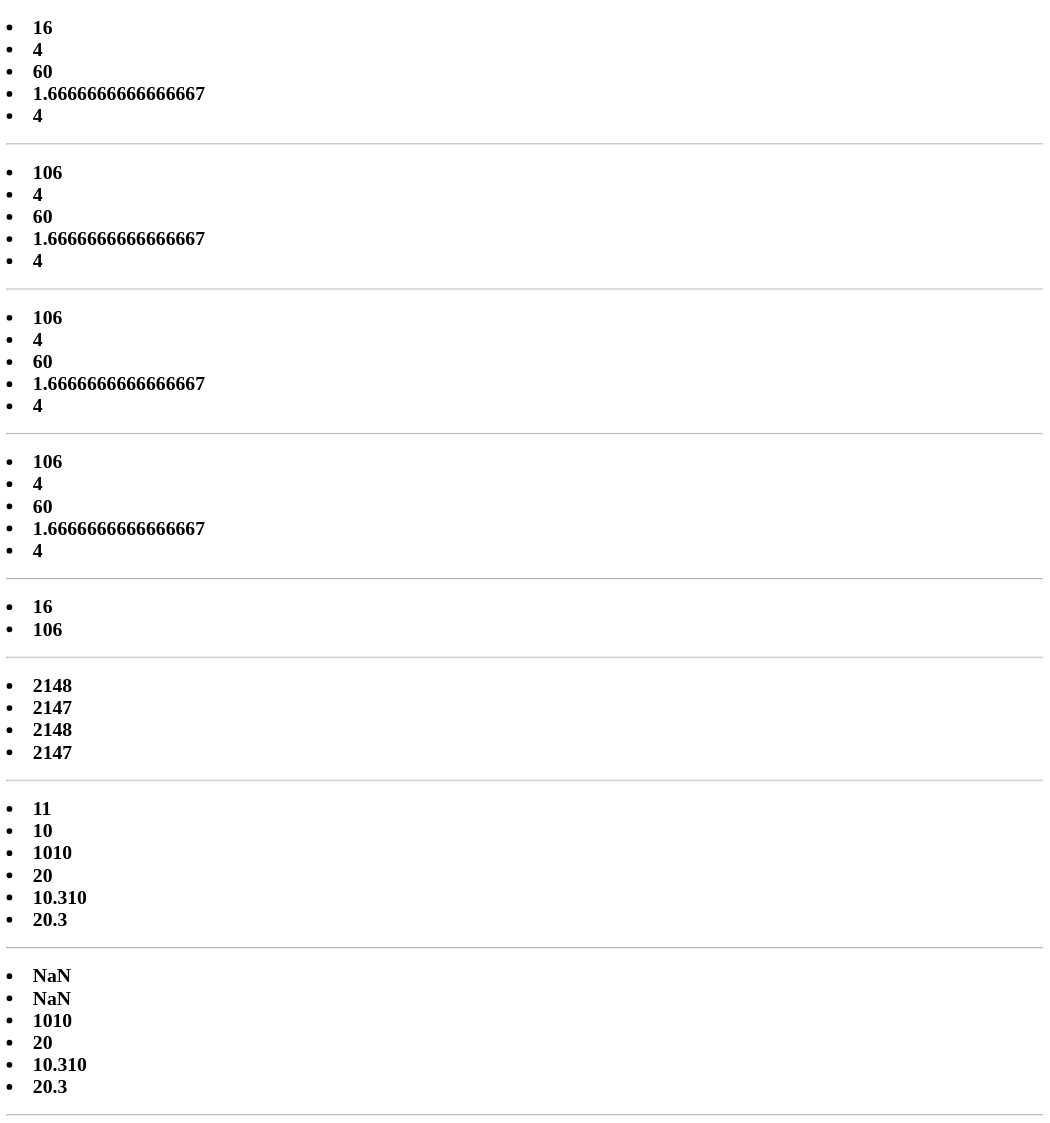
Repository: ady0099/webstudy
Page: 03_javascript/src/main/webapp/day03/ex01_number.html
These files come from the project's save history. The page is drawn as it stood at one moment and after the next save; the edit follows.
The browser window is 1280 px wide. The pictures show the whole page, at 82% of full size.

Above is the page before, as saved 2023-06-29 01:48:06.

### 03_javascript/src/main/webapp/day03/ex01_number.html
<!DOCTYPE html>
<html>
	<head>
		<meta charset="UTF-8">
		<title>Number 클래스</title>
		<script type="text/javascript">
			var s1 = 10;
			var s2 = 6;
			document.write("<h2>");
			document.write("<li>"+(s1+s2)+"</li>");
			document.write("<li>"+(s1-s2)+"</li>");
			document.write("<li>"+(s1*s2)+"</li>");
			document.write("<li>"+(s1/s2)+"</li>");
			document.write("<li>"+(s1%s2)+"</li>");
			document.write("</h2>");
			document.write("<hr>");

			var s1 = "10";
			var s2 = "6";
			document.write("<h2>");
			document.write("<li>"+(s1+s2)+"</li>"); // 계산X, 문자열 결합
			document.write("<li>"+(s1-s2)+"</li>"); // 이하 계산가능
			document.write("<li>"+(s1*s2)+"</li>");
			document.write("<li>"+(s1/s2)+"</li>");
			document.write("<li>"+(s1%s2)+"</li>");
			document.write("</h2>");
			document.write("<hr>");

			var s1 = 10;
			var s2 = "6";
			document.write("<h2>");
			document.write("<li>"+(s1+s2)+"</li>"); // 계산X, 문자열 결합
			document.write("<li>"+(s1-s2)+"</li>"); // 이하 계산가능
			document.write("<li>"+(s1*s2)+"</li>");
			document.write("<li>"+(s1/s2)+"</li>");
			document.write("<li>"+(s1%s2)+"</li>");
			document.write("</h2>");
			document.write("<hr>");

			var s1 = "10";
			var s2 = 6;
			document.write("<h2>");
			document.write("<li>"+(s1+s2)+"</li>"); // 계산X, 문자열 결합
			document.write("<li>"+(s1-s2)+"</li>"); // 이하 계산가능
			document.write("<li>"+(s1*s2)+"</li>");
			document.write("<li>"+(s1/s2)+"</li>");
			document.write("<li>"+(s1%s2)+"</li>");
			document.write("</h2>");
			document.write("<hr>");

			// 숫자를 문자열로 변경 toString()
			s1 = 10;
			s2 = 6;
			document.write("<h2>");
			document.write("<li>" +(s1+s2)+"</li>");
			document.write("<li>" +(s1.toString()+s2)+"</li>");
			document.write("</h2>");
			document.write("<hr>");

			// toFixed(자릿수) : 지정된 소숫점 이하 자릿수 작성(반올림), 음수는 사용 못함
			document.write("<h2>");
			s1 = 2147.656;
			s2 = 2147.444

			document.write("<li>"+s1.toFixed(0)+"</li>"); // 2148
			document.write("<li>"+s2.toFixed(0)+"</li>"); // 2147

			document.write("<li>"+s1.toFixed(0)+"</li>"); // 2147.7
			document.write("<li>"+s2.toFixed(0)+"</li>"); // 2147.4


			document.write("</h2>");
			document.write("<hr>");


			// 문자열을 숫자로 변환 : Number, parseInt, parseFloat
			// Non(Not a Number) : 숫자가 들어갈 자리에 숫자가 아닌 다른 값이 들어오면 표시되는 예약어
			// isNaN : NaN을 확인하는 함수(Nan이면 true, 아니면 false);
			document.write("<h2>");
			document.write("<li>"+(Number(true)+10)+"</li>"); 	// 11
			document.write("<li>"+(Number(false)+10)+"</li>"); 	// 10
			document.write("<li>"+("10"+10)+"</li>"); 			// 1010
			document.write("<li>"+(Number("10")+10)+"</li>"); 	// 20
			document.write("<li>"+("10.3"+10)+"</li>"); 		// 10.310
			document.write("<li>"+(Number("10.3")+10)+"</li>"); // 20.3
			document.write("</h2>");
			document.write("<hr>");

			document.write("<h2>");
			document.write("<li>"+(Number("10,003")+10)+"</li>"); 	// NaN
			document.write("<li>"+(Number("10A")+10)+"</li>"); 		// NaN
			document.write("<li>"+("10"+10)+"</li>"); 				// 1010
			document.write("<li>"+(Number("10")+10)+"</li>"); 		// 20
			document.write("<li>"+("10.3"+10)+"</li>"); 			// 10.310
			document.write("<li>"+(Number("10.3")+10)+"</li>"); 	// 20.3
			document.write("</h2>");
			document.write("<hr>");


		</script>
	</head>
	<body>

	</body>
</html>

After the next save:
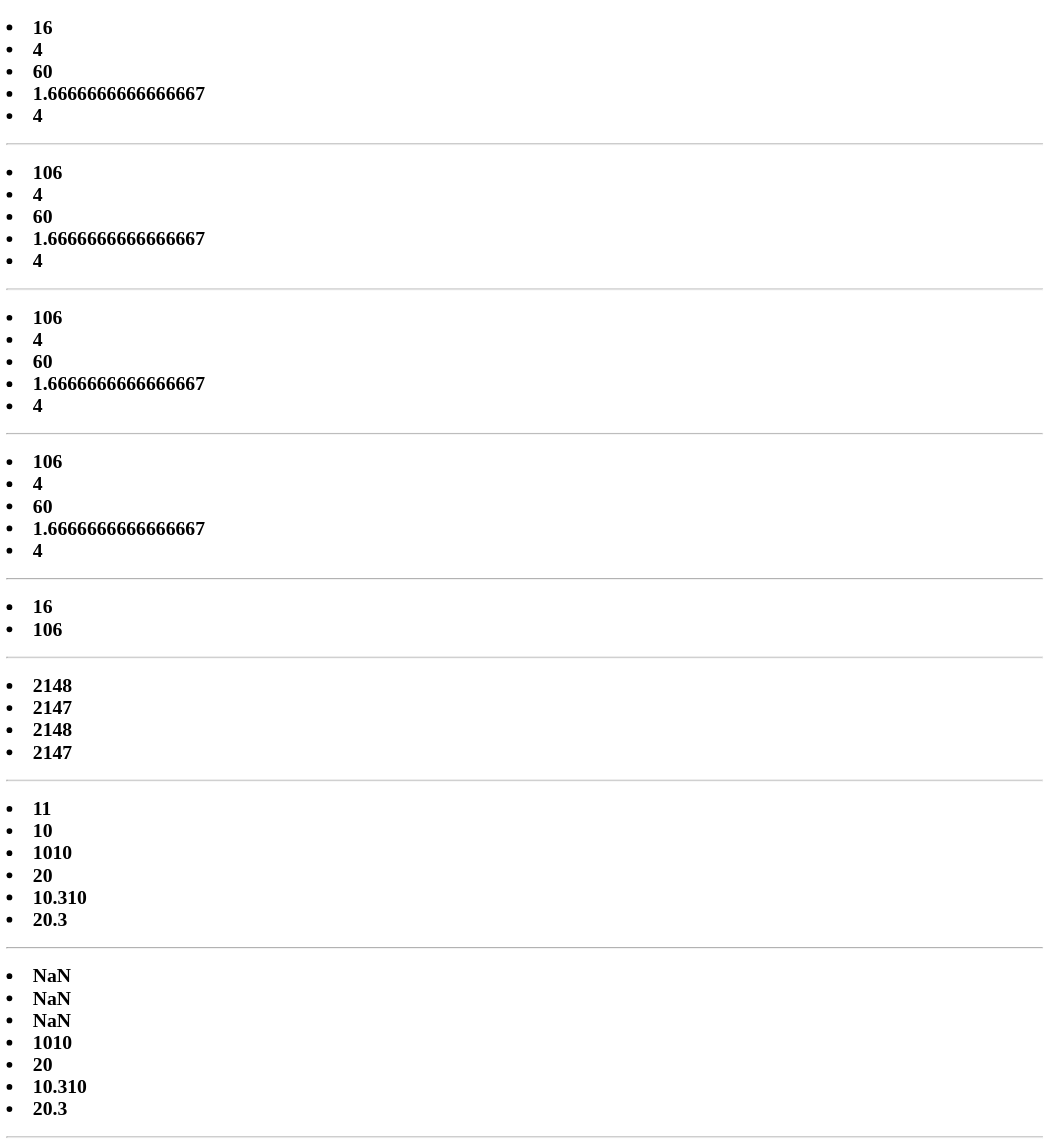
Saved 14 s later.
--- a/03_javascript/src/main/webapp/day03/ex01_number.html
+++ b/03_javascript/src/main/webapp/day03/ex01_number.html
@@ -89,6 +89,7 @@
 			document.write("<h2>");
 			document.write("<li>"+(Number("10,003")+10)+"</li>"); 	// NaN
 			document.write("<li>"+(Number("10A")+10)+"</li>"); 		// NaN
+			document.write("<li>"+(Number("A10")+10)+"</li>"); 		// NaN
 			document.write("<li>"+("10"+10)+"</li>"); 				// 1010
 			document.write("<li>"+(Number("10")+10)+"</li>"); 		// 20
 			document.write("<li>"+("10.3"+10)+"</li>"); 			// 10.310
